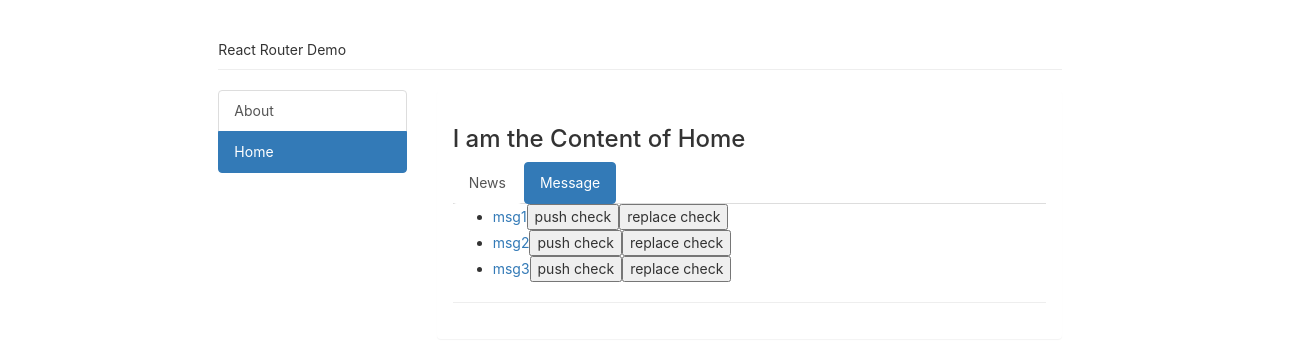
Repository: wenxi0504/Pubsub220113
Page: /home/message (app in githubsearch/)
The author's editor kept a copy of each file at every save. The page is drawn from the files as they stood at one save, then again after the next save.
The browser window is 1280 px wide. The page is 1295 px wide, so the pictures cover 1295 px, including what lies to the right of the window. The pictures show the whole page.
The project was rebuilt for these pictures with package versions that can differ from the ones it lists, and the page was loaded fresh each time. Also part of the build but not shown: githubsearch/src/pages/Home/Message/Details/index.jsx, githubsearch/src/pages/About/index.js. Imported but missing from the stored project, and not drawn on this page: githubsearch/src/pages/Home/News/index.

Above is the page before, as saved 2022-01-18 21:07:37.

After the next save:
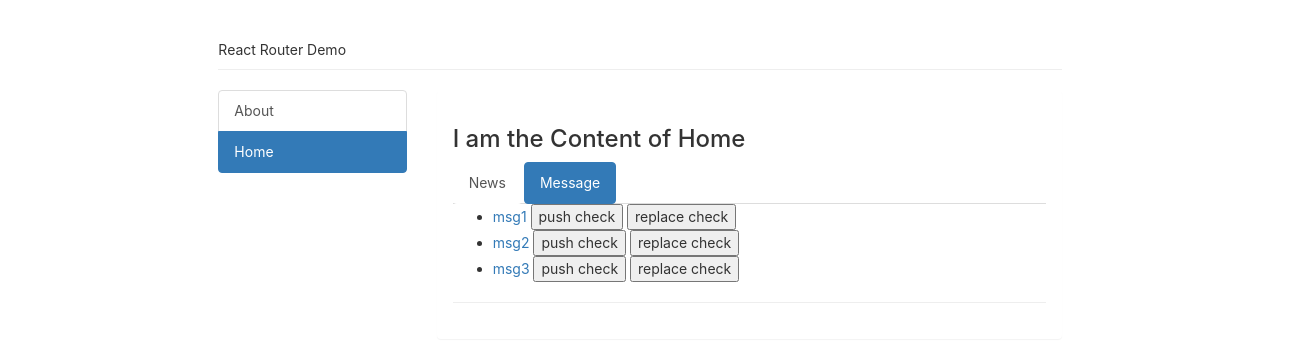
Saved 40 s later.
--- a/githubsearch/src/pages/Home/Message/index.jsx
+++ b/githubsearch/src/pages/Home/Message/index.jsx
@@ -22,8 +22,8 @@ export default class Message extends Component {
               <li key={msgObj.id}>
                 {/* pass params to route component */}
                 <Link to={`/home/message/details/${msgObj.id}/${msgObj.title}`}>{msgObj.title}</Link>
-                <button>push check</button>
-                <button>replace check</button>
+                &nbsp;<button>push check</button>
+                &nbsp;<button>replace check</button>
               </li>
             );
           })}
